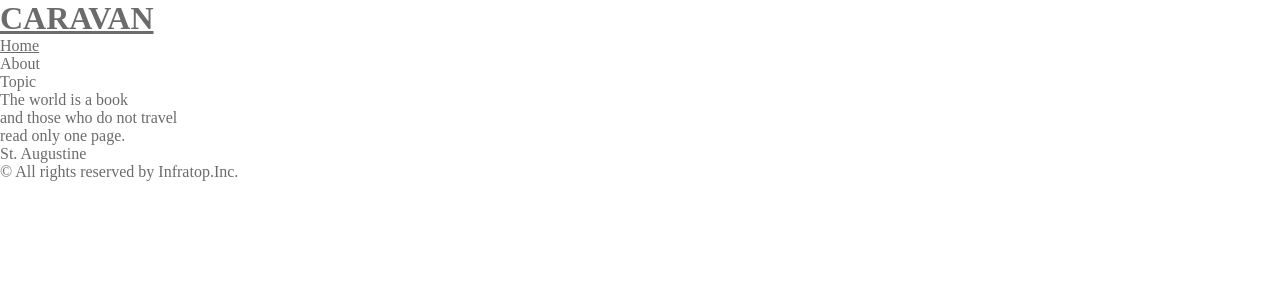
Repository: yuu3176/theme1
Page: 1-6/1-6.html
The author's editor kept a record of every edit. The page is drawn from the files as they stood at one moment, then again after the next edit.
The browser window is 1280 px wide. The pictures show the whole page.

Above is the page before.

After the next edit:
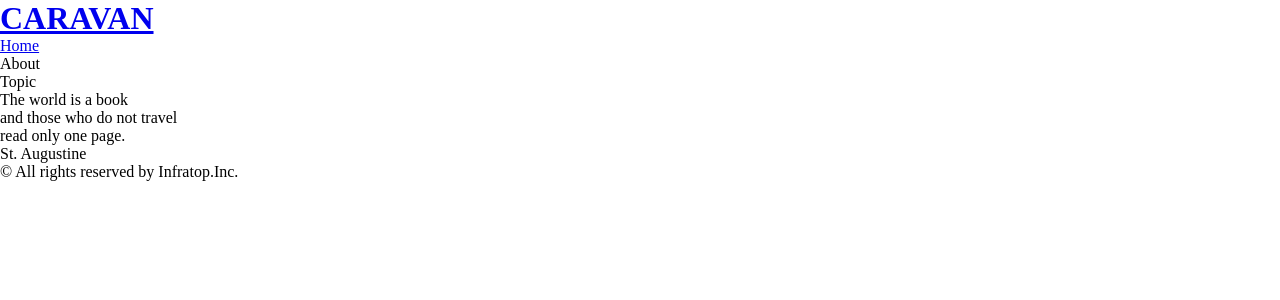
The edit:
--- a/1-6/1-6.css
+++ b/1-6/1-6.css
@@ -2,7 +2,6 @@
   margin:0px;
   padding:0px;
   box-sizing: border-box;
-  color: #6c6b6b;
 }
 
 .spring{
